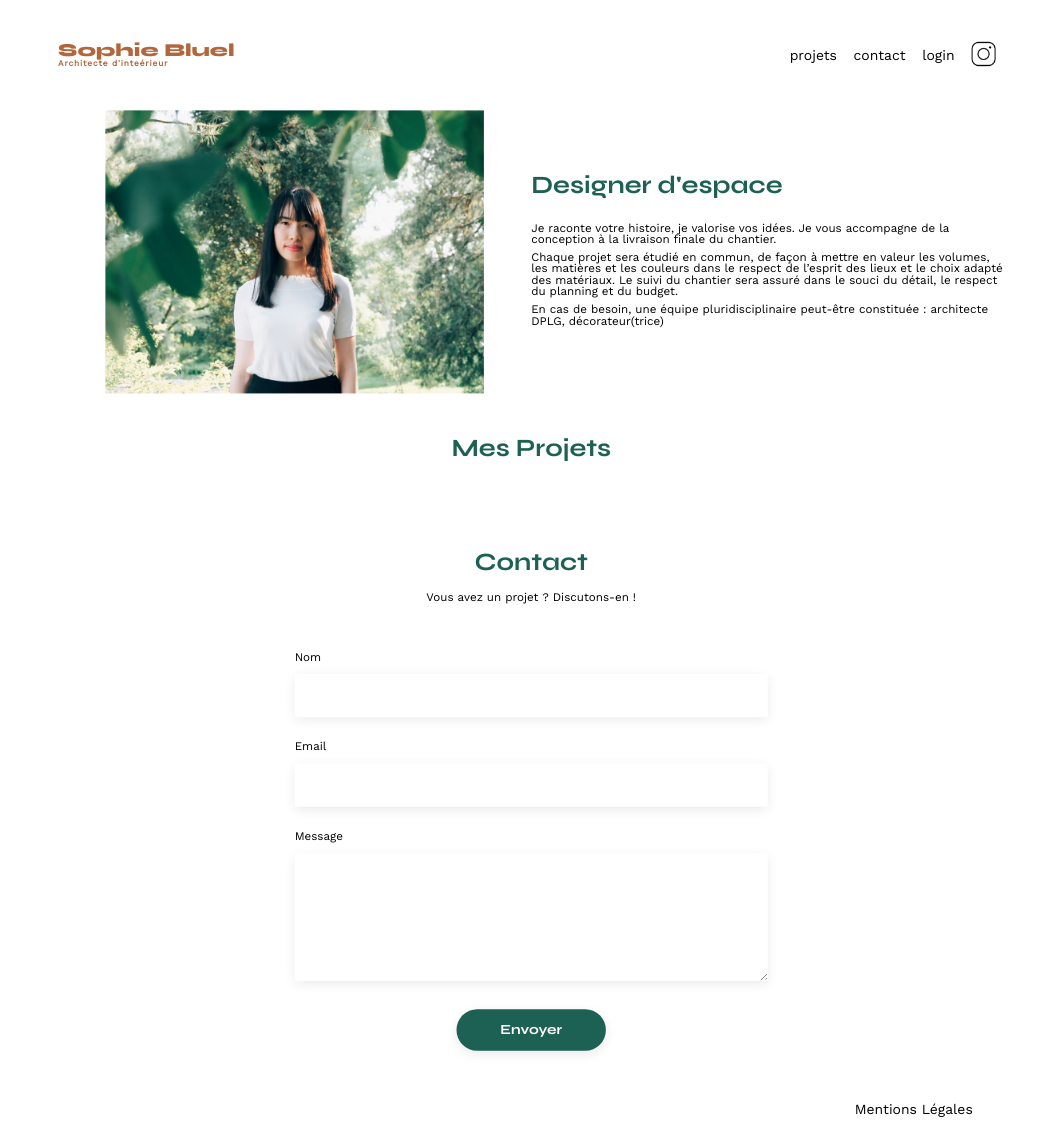
Repository: ByteVoyageur/OC-P6
Page: FrontEnd/index.html
An editor plug-in stored every save of this project. The page is shown before and after the next save, followed by the edit.
The browser window is 1280 px wide. The pictures show the whole page, at 83% of full size.
The page's requests for data from a server got no answer.

Above is the page before, as saved 2023-11-02 11:29:57.
Console error: TypeError: Cannot read properties of null (reading 'addEventListener')

After the next save:
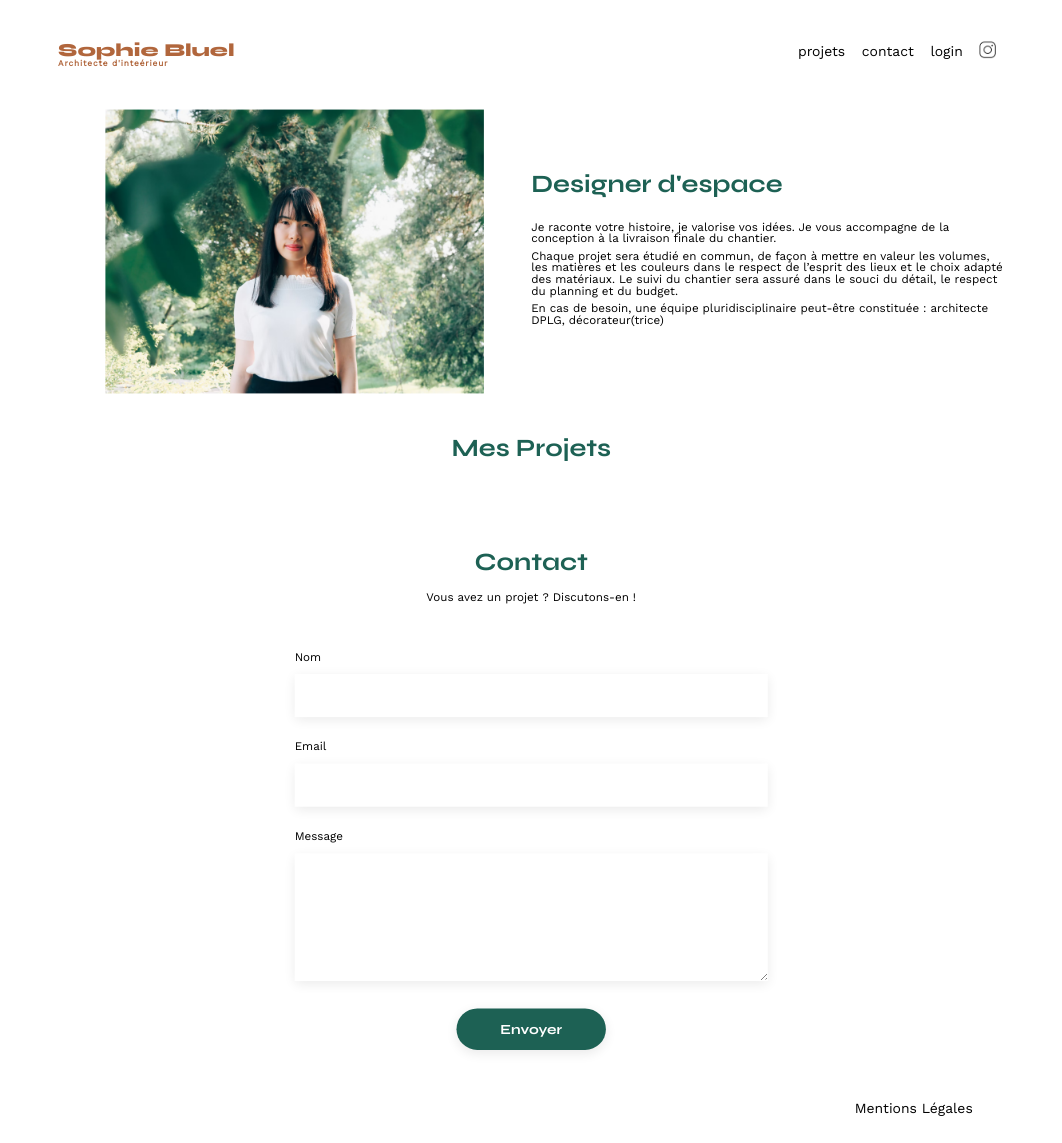
Saved 24 s later.
--- a/FrontEnd/assets/css/style.css
+++ b/FrontEnd/assets/css/style.css
@@ -197,8 +197,8 @@ nav ul li a {
   color: black;
 }
 nav ul li img {
-  width: 30px;
-  height: 30px;
+  width: 20px;
+  height: 20px;
 }
 
 li:hover {
